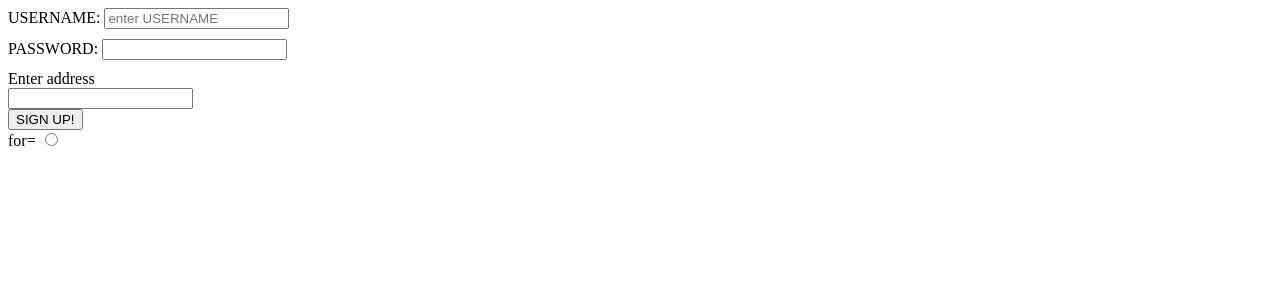
Repository: mirambialex/myform
Page: website/INDEX.HTML
The author's editor kept a copy of each file at every save. The page is drawn from the files as they stood at one save, then again after a run of saves.
The browser window is 1280 px wide. The pictures show the whole page.

Above is the page before, as saved 2024-04-11 09:53:51.

### website/INDEX.HTML
<!DOCTYPE html>
<html lang="en">
<head>

    <title>WEBPAGE DESIGN</title>
    <LINK REL="STYLESHEET" HREF="STYLE.CSS">
</head>
<body>

 <DIV class="MAIN">USERNAME: <INPUT TYPE="TEXT" placeholder="enter USERNAME"> <br/>
 </DIV>
 <DIV class="A"> PASSWORD: <INPUT TYPE="PASSWORD" NAME="PASSWORD"> <br/></DIV>
 Enter address <br/>
<DIV CLASS="B"><input type="text" name="enter your address"></DIV>
<DIV class="C"><BUTTon>SIGN UP!</BUTTon></DIV>
<LAbel> for=</LAbel>
<INPUT type="radio" ID="GENDER" name="GENDER" VALUE="MALE/>"
 </body>
</html>

### website/STYLE.CSS
.MAIN{
    margin-bottom: 0.8%;
}
.A{
    margin-bottom: 0.8%;
}
.B{

}

After the next 3 saves:
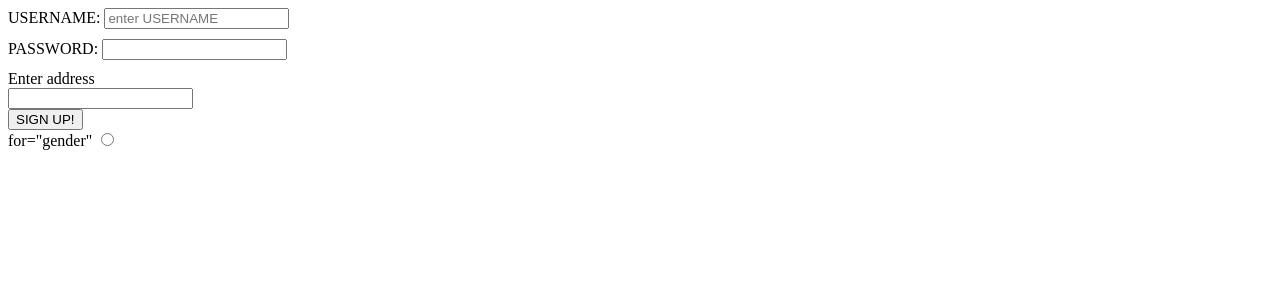
The 3 saves are shown as one change because they came seconds apart.
The last was saved 10 s later.
--- a/website/INDEX.HTML
+++ b/website/INDEX.HTML
@@ -13,7 +13,7 @@
  Enter address <br/>
 <DIV CLASS="B"><input type="text" name="enter your address"></DIV>
 <DIV class="C"><BUTTon>SIGN UP!</BUTTon></DIV>
-<LAbel> for=</LAbel>
+<LAbel> for="gender"</LAbel>
 <INPUT type="radio" ID="GENDER" name="GENDER" VALUE="MALE/>"
  </body>
 </html>
